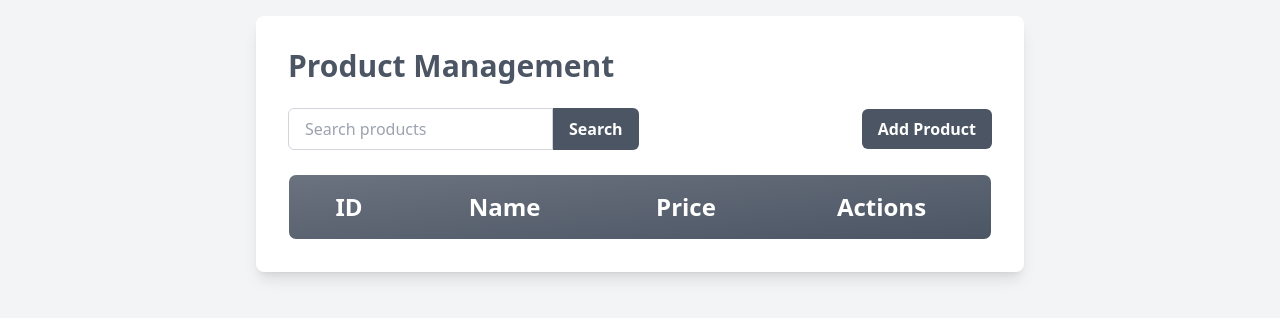
Repository: shaafsalman/product-Management-MERN
Page: /offline-home (app in frontend/)
An editor plug-in stored every save of this project. The page is shown before and after the next save, followed by the edit.
The browser window is 1280 px wide. The pictures show the whole page.
The page's requests for data from a server got no answer. The project was rebuilt for these pictures with package versions that can differ from the ones it lists, and the page was loaded fresh each time. No one was signed in, and anything a server would have sent is missing. Also part of the build but not shown: frontend/vite.config.js, frontend/src/Cards/messageCard.jsx, frontend/src/Pages/Login.jsx, frontend/src/Pages/SighnUp.jsx, frontend/src/Pages/NoPage.jsx, frontend/src/Pages/AddProduct.jsx, frontend/src/Pages/UpdateProduct.jsx, frontend/src/Pages/Home.jsx and 2 more.

Above is the page before, as saved 2024-05-15 20:56:47.

### frontend/src/App.jsx
import React from 'react';
import { BrowserRouter as Router, Routes, Route, Navigate } from 'react-router-dom';
import Login from "./Pages/Login"
import Signup from "./Pages/SighnUp"
import NoPage from './Pages/NoPage';
import Home from './Pages/Home';
import OfflineHome from './Pages/offlineHome';


const App = () => {
  return (
    <div className="App">
      <Router>
        <div>
          <Routes>
            <Route path="/" element={<Login/>} />
            <Route path="/login" element={<Login />} />
            <Route path="/login" element={<Login />} />
            <Route path="/signup" element={<Signup />} />
            <Route path="/register" element={<Signup />} />
            <Route path="/home" element={<Home />} />
            <Route path="/offline-home" element={<OfflineHome/>} />
            <Route path="/*" element={<NoPage />} />
          </Routes>
        </div>
      </Router>
    </div>
  );
};


export default App;

### frontend/src/index.css
@tailwind base;
@tailwind components;
@tailwind utilities;


*
{
  margin: 0;
  padding: 0;
  box-sizing: border-box;
}

body,html
{
  background-color:silver
}

### frontend/src/Pages/offlineHome.jsx
import React, { useState, useEffect } from 'react';
import AddProduct from './offlineAddProduct';
import UpdateProduct from './offlineUpdateProduct';
import axios from 'axios';
import MessageCard from './../Cards/messageCard';

const OfflineHome = () => {

    const [searchTerm, setSearchTerm] = useState('');
  const [products, setProducts] = useState([]);
  const [searchResults, setSearchResults] = useState([]);
  const [showAddProduct, setShowAddProduct] = useState(false);
  const [showUpdateProduct, setShowUpdateProduct] = useState(false);
  const [currentProduct, setCurrentProduct] = useState(null);
  const [message, setMessage] = useState(null);


  useEffect(() =>
    {
    const timer = setTimeout(() => {
      setMessage(null);
    }, 4000);

    return () => clearTimeout(timer);
  }, [message]);


    ////////////////////////////////////////
  useEffect(() => {
    fetchProducts();
  }, []);

  const fetchProducts = async () => {
    try
    {
      const response = await axios.get('http://localhost:8080/api/offlineProducts/');
      setProducts(response.data || []);
      setSearchResults(response.data || []);
    }
    catch (error)
    {
      console.error('Error fetching products:', error);
    }
  };
  ////////////////////////////////////////
  const handleSearch = () => {
    if (searchTerm === '') {
      setSearchResults(products);
    }
    else
    {
      const results = products.filter(product =>
        product.name.toLowerCase().includes(searchTerm.toLowerCase())
      );
      setSearchResults(results);
    }
  };
  const showAdd = () => {
    setShowAddProduct(true);
  };
  const toggleAddProduct = () => {
    fetchProducts();
    setShowAddProduct(!showAddProduct);
  };
////////////
  const handleUpdateProduct = (product) => {
    setCurrentProduct(product);
    setShowUpdateProduct(true);
  };
  const handleUpdate = (productId, updatedProduct) => {
    const updatedProducts = products.map(product =>
      product._id === productId ? updatedProduct : product
    );
    setProducts(updatedProducts);
    setSearchResults(updatedProducts);
  };
  ////////////
  const handleDeleteProduct = async (productId) => {
    try {
      console.log(`Attempting to delete product with ID: ${productId}`);
      const response = await axios.delete(`http://localhost:8080/api/offlineProducts/delete/${productId}`);
      console.log('Deletion response:', response);
      setMessage({ Heading: 'Success', Message: 'Product deleted successfully!' });
      fetchProducts();

    }
    catch (error)
    {
      console.error('Error deleting product:', error);
      setMessage({ Heading: 'Error', Message: 'Failed to delete product' });
    }
  };
////////////////////////////////////////


  return (
    <div className="flex flex-col items-center min-h-screen bg-gray-100 p-4">
      {message && (
        <MessageCard Heading={message.Heading} Message={message.Message} onClose={() => setMessage(null)} />
      )}
      <div className="w-full max-w-screen-md bg-white shadow-lg rounded-lg p-8">
        <h1 className="text-3xl font-bold mb-6 text-gray-600 text-center md:text-left">Product Management</h1>
        <div className="flex flex-col md:flex-row items-center justify-between mb-6 space-y-4 md:space-y-0">
          <div className="flex w-full md:w-auto">
            <input
              type="text"
              placeholder="Search products"
              value={searchTerm}
              onChange={(e) => setSearchTerm(e.target.value)}
              className="px-4 py-2 border border-gray-300 rounded-l-md focus:outline-none focus:border-red-950 w-full md:w-auto"
            />
            <button
              onClick={handleSearch}
              className="px-4 py-2 bg-gray-600 text-white rounded-r-md font-semibold transition duration-300"
            >
              Search
            </button>
          </div>
          <button
            onClick={showAdd}
            className="px-4 py-2 bg-gray-600 text-white rounded-md font-semibold transition duration-300 w-full md:w-auto"
          >
            Add Product
          </button>
        </div>
        <table className="w-full border-collapse border border-gray-300 rounded-lg overflow-hidden">
          <thead>
            <tr className="bg-gradient-to-br from-gray-500 to-gray-600 text-white text-lg md:text-2xl">
            <th className="px-2 md:px-6 py-4 text-center">ID</th>
              <th className="px-2 md:px-6 py-4 text-center">Name</th>
              <th className="px-2 md:px-6 py-4 text-center">Price</th>
              <th className="px-2 md:px-6 py-4 text-center">Actions</th>
            </tr>
          </thead>
          <tbody>
            {searchResults.map((product, index) => (
              <tr key={index} className="bg-transparent">
                <td className="px-2 md:px-6 py-4 text-center text-gray-800 text-sm md:text-xl">{product.id}</td>
                <td className="px-2 md:px-6 py-4 text-center text-gray-800 text-sm md:text-xl">{product.name}</td>
                <td className="px-2 md:px-6 py-4 text-center text-gray-800 text-sm md:text-xl">{product.price} Rs</td>
                <td className="px-2 md:px-6 py-4 space-x-2 flex justify-center">
                  <button
                    onClick={() => handleUpdateProduct(product)}
                    className="bg-blue-600 text-white py-2 px-4 rounded-md font-semibold transition duration-300"
                  >
                    Update
                  </button>
                  <button
                    onClick={() => handleDeleteProduct(product.id)}
                    className="bg-gray-800 text-white py-2 px-4 rounded-md font-semibold transition duration-300"
                  >
                    Delete
                  </button>
                </td>
              </tr>
            ))}
          </tbody>
        </table>
      </div>
      {showAddProduct && (
        <div className="fixed top-0 left-0 w-full h-full bg-gray-900 bg-opacity-75 flex justify-center items-center z-50">
          <AddProduct
            onClose={toggleAddProduct}
            setMessage={setMessage}
          />
        </div>
      )}
      {showUpdateProduct && (
        <UpdateProduct
          productId={currentProduct.id}
          currentName={currentProduct.name}
          currentPrice={currentProduct.price}
          onClose={() => setShowUpdateProduct(false)}
          onUpdate={handleUpdate}
          setMessage={setMessage}
        />
      )}
    </div>
  );
};

export default OfflineHome;

Loaded but not shown: frontend/index.html (common file); frontend/src/main.jsx (common file); frontend/tailwind.config.js (common file)

After the next save:
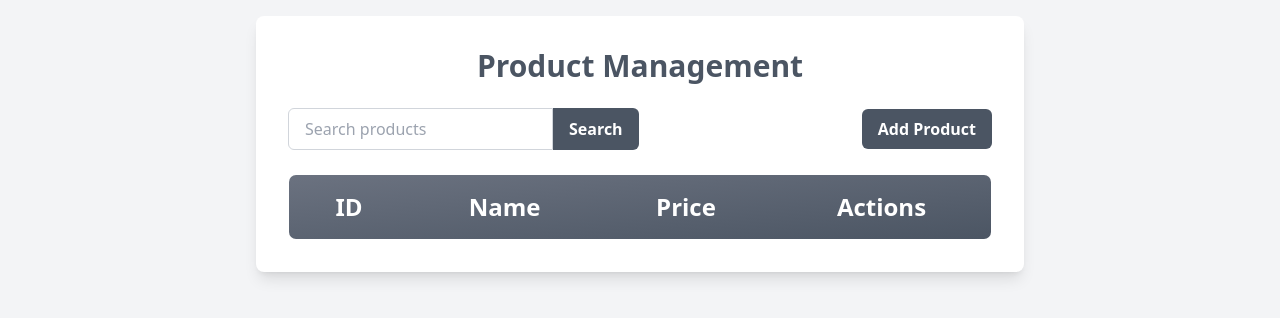
Saved 2 min 13 s later.
--- a/frontend/src/Pages/offlineHome.jsx
+++ b/frontend/src/Pages/offlineHome.jsx
@@ -99,7 +99,7 @@ const OfflineHome = () => {
         <MessageCard Heading={message.Heading} Message={message.Message} onClose={() => setMessage(null)} />
       )}
       <div className="w-full max-w-screen-md bg-white shadow-lg rounded-lg p-8">
-        <h1 className="text-3xl font-bold mb-6 text-gray-600 text-center md:text-left">Product Management</h1>
+        <h1 className="text-3xl font-bold mb-6 text-gray-600 text-center md:text-center">Product Management</h1>
         <div className="flex flex-col md:flex-row items-center justify-between mb-6 space-y-4 md:space-y-0">
           <div className="flex w-full md:w-auto">
             <input
